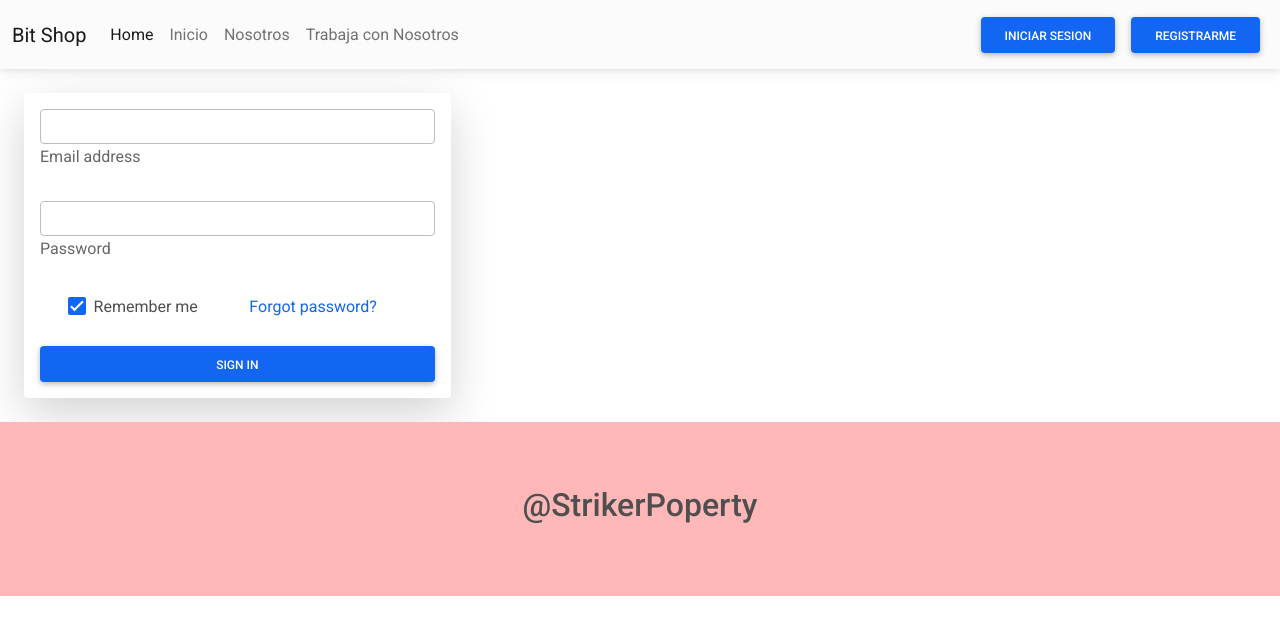
Repository: TzStrikerYT/myClassRoom
Page: /login (app in bit-shop-front/)
The author's editor kept a copy of each file at every save. The page is drawn from the files as they stood at one save, then again after the next save.
The browser window is 1280 px wide. The pictures show the whole page.
The project was rebuilt for these pictures with package versions that can differ from the ones it lists, and the page was loaded fresh each time. Also part of the build but not shown: bit-shop-front/angular.json, bit-shop-front/src/app/components/home/home.component.ts, bit-shop-front/src/app/components/not-found/not-found.component.ts.

Above is the page before, as saved 2022-02-23 19:01:32.

After the next save:
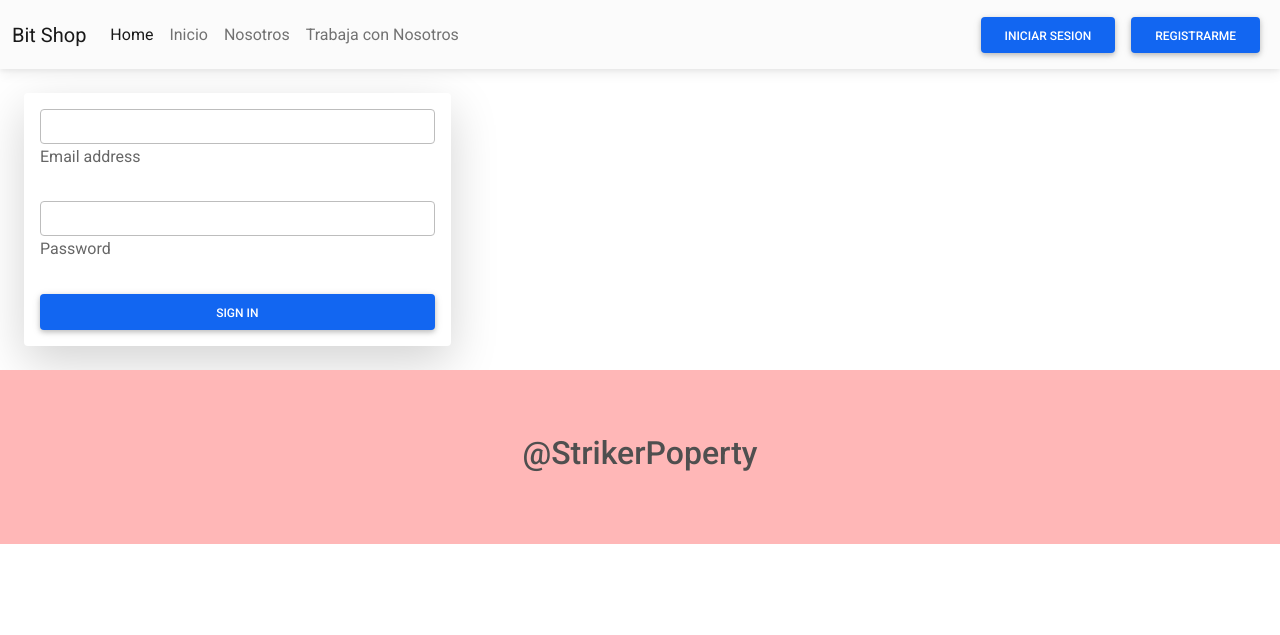
Saved 39 s later.
--- a/bit-shop-front/src/app/components/login/login.component.html
+++ b/bit-shop-front/src/app/components/login/login.component.html
@@ -14,22 +14,6 @@
               <label class="form-label" for="form1Example2">Password</label>
             </div>
 
-            <!-- 2 column grid layout for inline styling -->
-            <div class="row mb-4">
-              <div class="col d-flex justify-content-center">
-                <!-- Checkbox -->
-                <div class="form-check">
-                  <input class="form-check-input" type="checkbox" value="" id="form1Example3" checked />
-                  <label class="form-check-label" for="form1Example3"> Remember me </label>
-                </div>
-              </div>
-
-              <div class="col">
-                <!-- Simple link -->
-                <a href="#!">Forgot password?</a>
-              </div>
-            </div>
-
             <!-- Submit button -->
             <button type="submit" class="btn btn-primary btn-block">Sign in</button>
           </form>
